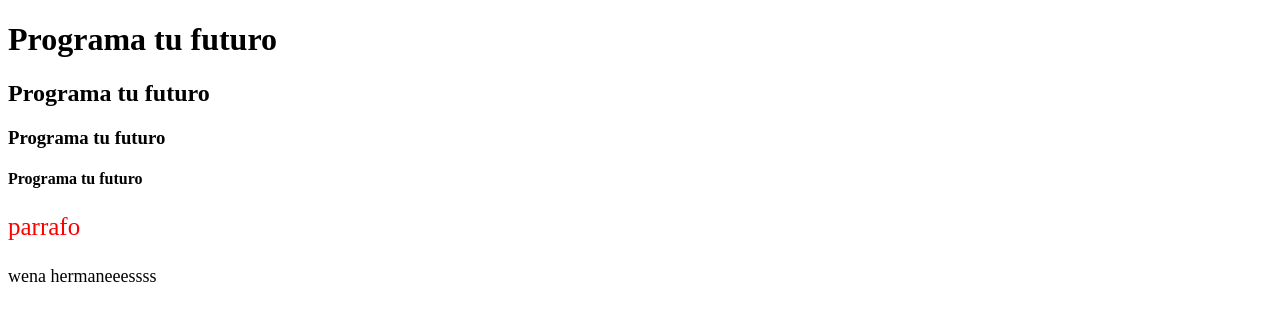
Repository: keanzato/Workspace
Page: login-web-app/src/main/webapp/index.html
These files come from the project's save history. The page is drawn as it stood at one moment and after the next save; the edit follows.
The browser window is 1280 px wide. The pictures show the whole page.

Above is the page before, as saved 2016-06-20 16:39:25.

After the next save:
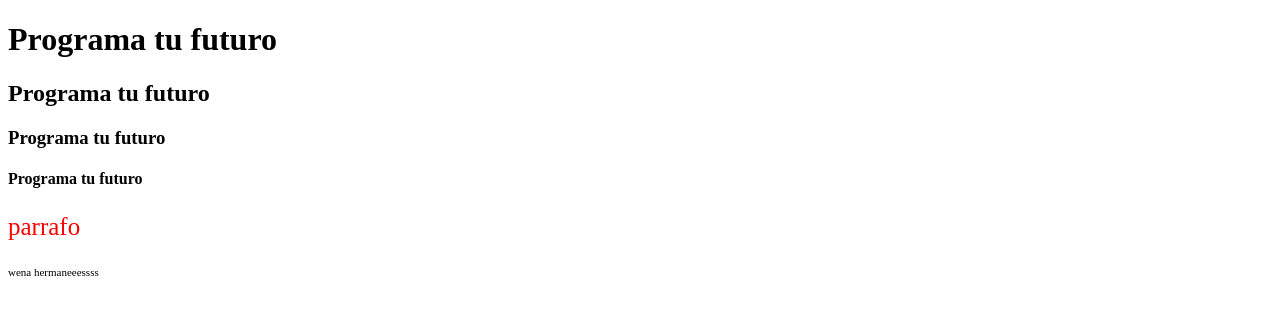
Saved 14 s later.
--- a/login-web-app/src/main/webapp/index.html
+++ b/login-web-app/src/main/webapp/index.html
@@ -11,7 +11,7 @@
 
 			p.contenido{
 				color: black;
-				font-size: 18px;
+				font-size: 11px;
 			}
 		</style>
 
